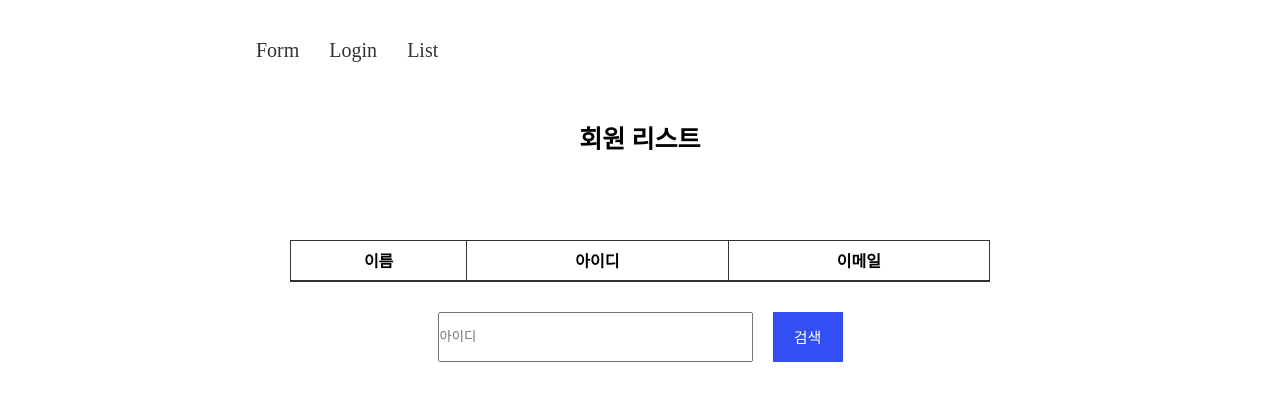
Repository: zeroj-0/eclipseProjects
Page: http://localhost/jv301/mod010/user_list.do
These files come from the project's save history. The page is drawn as it stood at one moment and after the next save; the edit follows.
The browser window is 1280 px wide. The pictures show the whole page.
The page is served by Tomcat 9. Other server files are loaded and not shown. Queries for data that is not in the repository find no rows.

Above is the page before, as saved 2022-07-07 07:07:51.

### jv301/src/main/webapp/mod010/user_list.jsp
<%@ page language="java" contentType="text/html; charset=UTF-8" pageEncoding="UTF-8"%>
<%@ taglib prefix="c" uri="http://java.sun.com/jsp/jstl/core" %>
<!DOCTYPE html>
<html>
<head>
<meta charset="UTF-8">
<title>Insert title here</title>
<link rel="stylesheet" href="./fixmethod.css">
<link rel="stylesheet" href="./style.css">
<style>
	table {
		border: 1px solid #333;
		width: 100%;
		margin: 0 auto;
		border-collapse: collapse;
	}
	table tr {
		height: 40px;
	}
	table td {
		border: 1px solid #333;
		width: 100px;
		text-align: center;
	}
	table th {
		border: 1px solid #333;
		border-bottom: 2px solid #333;
	}
	.search-area {
		width: 100%;
		height: 50px;
		display: flex;
		margin-top: 30px;
	}
	.search-area form {
		display: flex;
		justify-content: center;
	}
	.search-area input {
		width: 45%;
	}
	.search-area button {
		width: 10%;
		margin-left: 20px;
		background: #324ff4;
		color: white;
		font-weight: 500;
		font-size: 15px;
	}
</style>
</head>
<body>
<div id="wrapper">
	<div id="header">
		<%@ include file="/incl/menu.jsp" %>
	</div>
<h3 class="title">회원 리스트</h3>
	<div class="container">
				<table>
					<tr>
						<th>이름</th><th>아이디</th><th>이메일</th>
					</tr>
					<c:forEach var="user" items="${user}">
						<tr>
							<td>
								${user.getUserName()}
							</td>
							<td>
								${user.getUserId()}
							</td>
							<td>
								${user.getEmail()}
							</td>
						</tr>
					</c:forEach>
				</table>
				<div class="search-area">
					<form>
						<input type="text" name="searchId" placeholder="아이디"/>
						<button type="submit">검색</button>
					</form>
				</div>
	</div>
</div>
</body>
</html>

### jv301/src/main/webapp/incl/menu.jsp
<%@ page language="java" contentType="text/html; charset=UTF-8"  pageEncoding="UTF-8"%>

<div class="gnb">
	<ul>
		<li><a href="add_user.jsp">Form</a></li>
		<li><a href="login">Login</a></li>
		<li><a href="user_list.do">List</a></li>
	</ul>
</div>

### jv301/src/main/java/com/varxyz/jv301/mod010/UserListServlet.java
package com.varxyz.jv301.mod010;

import java.io.IOException;
import java.util.List;

import javax.servlet.RequestDispatcher;
import javax.servlet.ServletException;
import javax.servlet.annotation.WebServlet;
import javax.servlet.http.HttpServlet;
import javax.servlet.http.HttpServletRequest;
import javax.servlet.http.HttpServletResponse;

@WebServlet("/mod010/user_list.do")
public class UserListServlet extends HttpServlet {
	private UserService userService;
	private static final long serialVersionUID = 1L;

	protected void doGet(HttpServletRequest request, HttpServletResponse response) throws ServletException, IOException {
		userService = UserService.getInstance();
		List<User> userList = userService.getAllUsers();
		request.setAttribute("user", userList);

		RequestDispatcher dispatcher = null;
		dispatcher = request.getRequestDispatcher("user_list.jsp");
		dispatcher.forward(request, response);
	}

	protected void doPost(HttpServletRequest request, HttpServletResponse response) throws ServletException, IOException {
		request.setCharacterEncoding("utf-8");

		String userId = request.getParameter("userId");

		request.setAttribute("userId", userId);

		RequestDispatcher dispatcher = null;
		dispatcher = request.getRequestDispatcher("update.jsp");
		dispatcher.forward(request, response);
	}

}

### jv301/src/main/java/com/varxyz/jv301/mod010/UserDao.java
package com.varxyz.jv301.mod010;

import java.sql.Connection;
import java.sql.PreparedStatement;
import java.sql.ResultSet;
import java.sql.SQLException;
import java.util.ArrayList;
import java.util.List;

public class UserDao {
	DataSource dataSource = null;

	public UserDao() {
		NamingService namingService = NamingService.getInstance();
		dataSource = (DataSource)namingService.getAttribute("dataSource");
	}

	public List<User> findAllUsers() {
		String sql = "SELECT * FROM User";
		List<User> userList = new ArrayList<User>();
		try {
			Connection con = null;
			PreparedStatement pstmt = null;
			ResultSet rs = null;
			try {
				con = dataSource.getConnection();
				pstmt = con.prepareStatement(sql);
				rs = pstmt.executeQuery();

				while(rs.next()) {
					User user = new User();
					user.setUserId(rs.getString("id"));
					user.setUserName(rs.getString("name"));
					user.setEmail(rs.getString("email"));
					user.setAddr(rs.getString("addr"));

					userList.add(user);
				}
			} finally {
				dataSource.close(rs, pstmt, con);
			}
		} catch (SQLException e) {
			e.printStackTrace();
		}
		return userList;
	}

	public void addUser(User user) {
		String sql = "INSERT INTO User(id,passwd,name,email,addr,ssn) VALUES (?,?,?,?,?,?)";
		try {
			Connection con = null;
			PreparedStatement pstmt = null;

			con = dataSource.getConnection();
			pstmt = con.prepareStatement(sql);

			pstmt.setString(1, user.getUserId());
			pstmt.setString(2, user.getPasswd());
			pstmt.setString(3, user.getUserName());
			pstmt.setString(4, user.getEmail());
			pstmt.setString(5, user.getAddr());
			pstmt.setString(6, user.getSsn());

			pstmt.executeUpdate();
			dataSource.close(pstmt, con);
		} catch (Exception e) {
			e.printStackTrace();
		}
	}
	public String findUserId(String userId) {
		String sql = "SELECT id FROM User WHERE id=?";
		String id = null;
		try {
			Connection con = null;
			PreparedStatement pstmt = null;
			ResultSet rs = null;
			try {
				con = dataSource.getConnection();
				pstmt = con.prepareStatement(sql);
				pstmt.setString(1, userId);

				rs = pstmt.executeQuery();

				if(rs.next()) {
					id= rs.getString("id");
				}

			} finally {
				dataSource.close(rs,pstmt, con);
			}
		} catch(Exception e) {
			e.printStackTrace();
		}
		if(id==null) {
			id="";
		}
		return id;
	}

	public String findUserPasswd(String passwd) {
		String sql = "SELECT passwd FROM User WHERE passwd=?";
		String pw = null;
		try {
			Connection con = null;
			PreparedStatement pstmt = null;
			ResultSet rs = null;
			try {
				con = dataSource.getConnection();
				pstmt = con.prepareStatement(sql);
				pstmt.setString(1, passwd);
				rs = pstmt.executeQuery();

				if(rs.next()) {
					pw= rs.getString("passwd");
				}

			} finally {
				dataSource.close(rs,pstmt, con);
			}
		} catch(Exception e) {
			e.printStackTrace();
		}
		if(pw==null) {
			pw = "";
		}
		return pw;
	}
	public User findUserByUserId(String userId) {
		String sql = "SELECT id,passwd,name,email,addr,ssn FROM User WHERE id=?";
		User user = new User();
		try  {
			Connection con = null;
			PreparedStatement pstmt = null;
			ResultSet rs = null;
			try {
				con = dataSource.getConnection();
				pstmt = con.prepareStatement(sql);
				pstmt.setString(1, userId);
				rs = pstmt.executeQuery();

				while(rs.next()) {
					user.setUserId(rs.getString("id"));
					user.setUserId(rs.getString("passwd"));
					user.setUserName(rs.getString("name"));
					user.setSsn(rs.getString("ssn"));
					user.setEmail(rs.getString("email"));
					user.setAddr(rs.getString("addr"));
					user.setSsn(rs.getString("ssn"));
				}
			} finally {
				dataSource.close(rs, pstmt, con);
			}
		} catch(Exception e) {
			e.printStackTrace();
		}
		return user;
	}
}

### jv301/src/main/webapp/mod010/fixmethod.css
@charset "UTF-8";
* { box-sizing: border-box; margin: 0; padding: 0;}
ul, li {list-style: none;}
a {text-decoration: none; color: #333;}

.gnb {
  width: 100%;
  height: 70px;
  float: left;
  padding-left: 20%;
}
ul li {
  float: left;
  height: 100%;
  margin-left: 30px;
}
ul li:first-child {
  margin-left: 0;
}

a {
  line-height: 70px;
  font-size: 20px;
}
a:hover {
  color: #000;
  font-weight: 600;
}
#header {
	height: 100px;
	width: 100%;
	text-align: center;
	font-size: 20px;
	line-height: 100px;
}
#footer {
	margin-top: 100px;
	text-align: center;
}

### jv301/src/main/webapp/mod010/style.css
@charset "UTF-8";
* { box-sizing: border-box; margin: 0; padding: 0;}
ul, li {list-style: none;}
a {text-decoration: none; color: #333;}

.container {
  padding-top: 60px;
  display: flex;
  flex-wrap: wrap;
  height: 100%;
  width: 700px;
  margin: 0 auto;
}
form {
  width: 100%;
}
h3 {
  font-size: 25px;
  width: 100%;
}
.d {
  height: 50px;
  width: 100%;
  display: flex;
  justify-content: left;
  align-items: center;
  margin-top: 10px;
}
.d > input {
  height: 35px;
  line-height: 35px;
  padding-left: 5px;

}
select {
  height: 35px;
  width: 150px;
  font-size: 15px;
}
span.email {
  margin: 0 5px;
}
.checkbox-layout {
  height: 100px;
}
.inner-box {
  margin: 0;
  display: block;
  width: 100%;
  height: 100%;
}
.inner-box h2 {
  width: 100%;
}
.box {
  display: inline-block;
  width: 18%;
  position: relative;
  overflow: hidden;
}
.box label {
  position: absolute;
  top: 14px;
  left: 20px;
}
.box input {
  height: 50px;
}
span {
  font-size: 18px;
  font-weight: 400;
  color: #333;
}
.btn {
  justify-content: center;
  width: 80px;
  height: 40px;
  margin: 0 auto;
  background: #f9f9f9;
  border-radius: 12px;
  border: 1px solid #000;
  margin-top: 20px;
}
button {
	border-style: none;
}
button.btn-inner {
  border-style: none;
  height: 40px;
  width: 75px;
  font-size:20px;
  background: none;
  cursor: pointer;
}
.address1 {
	width: 250px;
	margin-right: 10px;
}

.title {
	width: 100%;
	text-align: center;
	height: 80px;
	line-height: 80px;
}

After the next save:
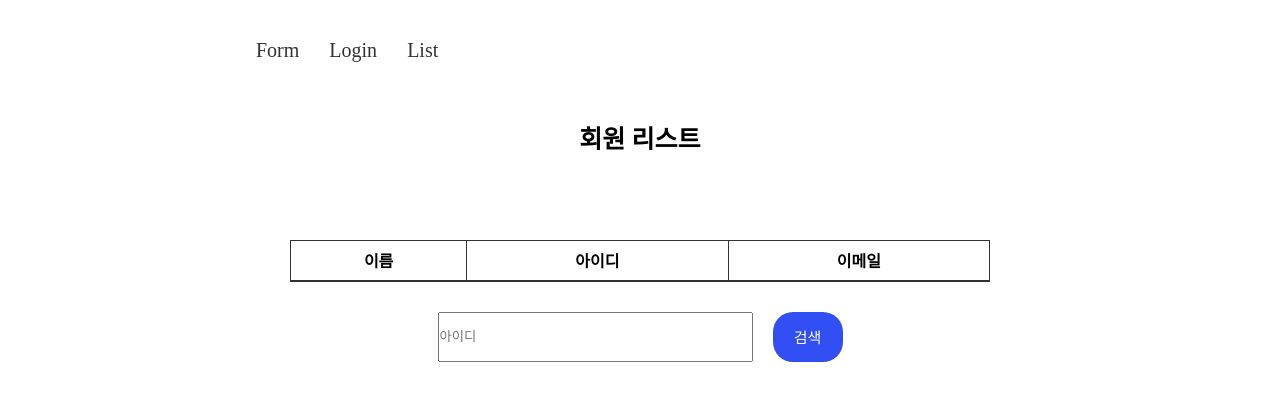
Saved 11 s later.
--- a/jv301/src/main/webapp/mod010/user_list.jsp
+++ b/jv301/src/main/webapp/mod010/user_list.jsp
@@ -46,6 +46,7 @@
 		color: white;
 		font-weight: 500;
 		font-size: 15px;
+		border-radius: 20px;
 	}
 </style>
 </head>
